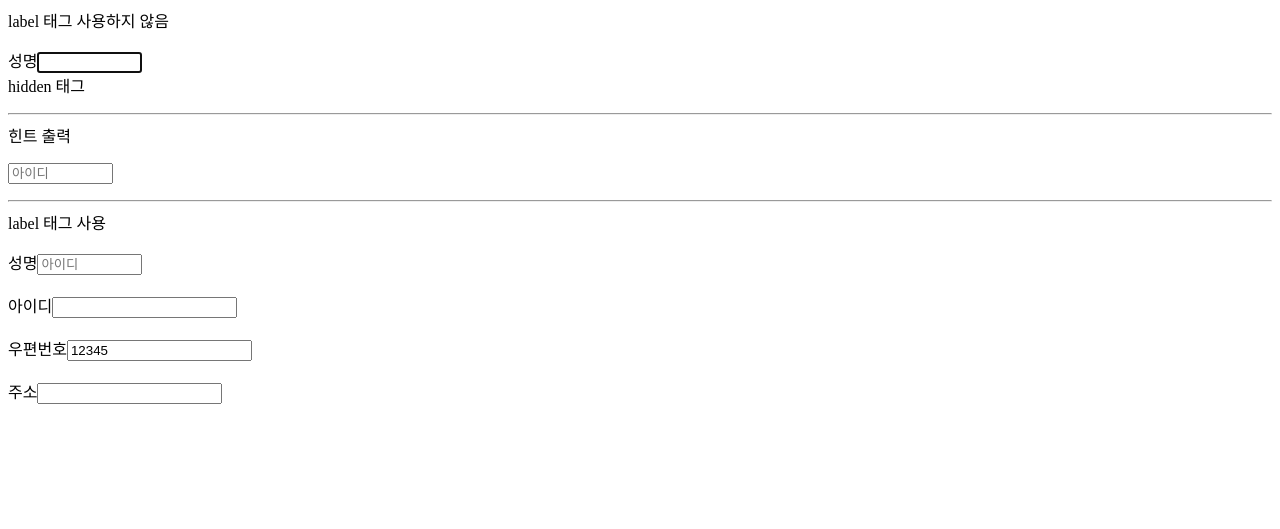
Repository: roditee/Frontend_ex
Page: HTML01/src/main/webapp/form.html
An editor plug-in stored every save of this project. The page is shown before and after the next save, followed by the edit.
The browser window is 1280 px wide. The pictures show the whole page.

Above is the page before, as saved 2021-12-02 07:48:26.

### HTML01/src/main/webapp/form.html
<!DOCTYPE html>
<html>
	<head>
		<meta charset="UTF-8">
		<title>입력 양식 태그 : form 태그</title>
	</head>
	<body>
		<form method="post" action="newMember.jsp">
			label 태그 사용하지 않음<p>
			성명<input type="text" id="name" name="name" size="10" autofocus><br>

			hidden 태그
			<input type="text" id="prdNo" hidden>
			<hr>

			힌트 출력<p>
			<input type="text" name="id" size="10" placeholder="아이디"><br>
			<hr>

			label 태그 사용<p>
			<label>성명<input type="text" name="name2" size="10" placeholder="아이디"></label><br><br>
			<label>아이디<input type="id" name="name2" maxlength="8"></label><br><br>
			<label>우편번호<input type="text" name="zipcode" value="12345" readonly></label><br><br>
			<label>주소<input type="text" name="address" required></label><br><br>

		</form>
	</body>
</html>

After the next save:
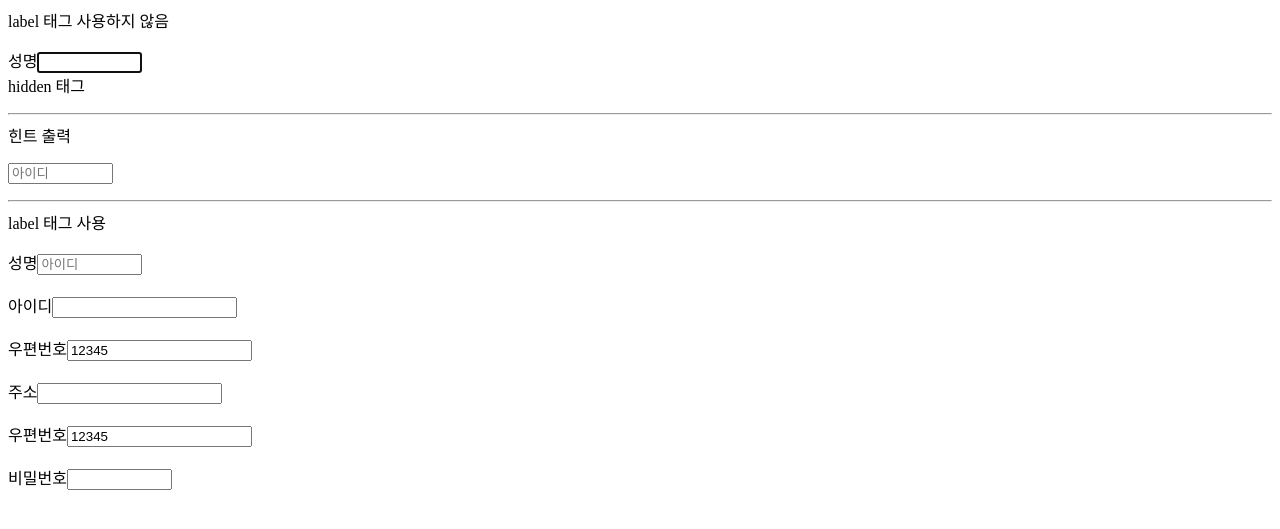
Saved 74 s later.
--- a/HTML01/src/main/webapp/form.html
+++ b/HTML01/src/main/webapp/form.html
@@ -22,6 +22,8 @@
 			<label>아이디<input type="id" name="name2" maxlength="8"></label><br><br>
 			<label>우편번호<input type="text" name="zipcode" value="12345" readonly></label><br><br>
 			<label>주소<input type="text" name="address" required></label><br><br>
+			<label>우편번호<input type="text" name="zipcode" value="12345" readonly></label><br><br>
+			<label>비밀번호<input type="password" name="passwd" size="10"></label><br><br>
 
 		</form>
 	</body>
